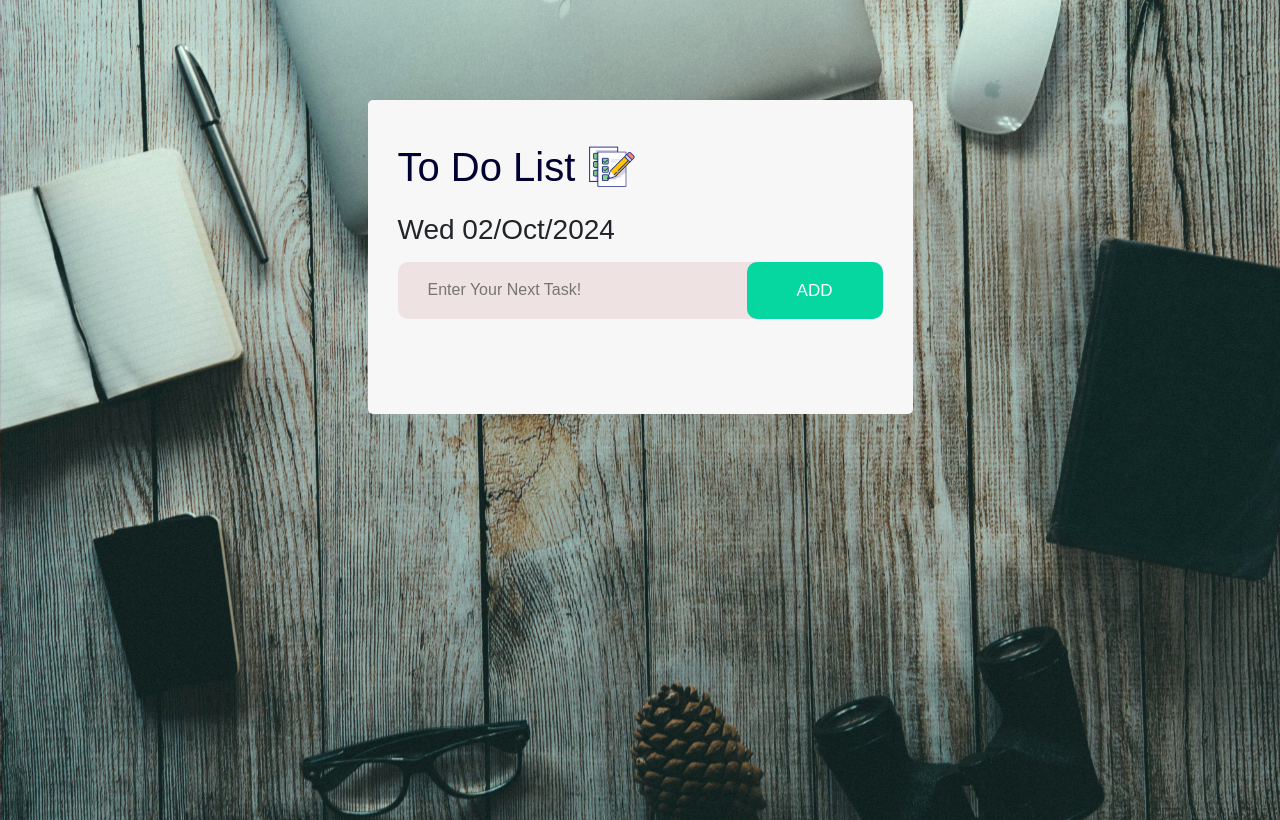
Repository: zeinawady/To_Do_List
Page: index.html
The author's editor kept a copy of each file at every save. The page is drawn from the files as they stood at one save, then again after a run of saves.
The browser window is 1280 px wide. The pictures show the whole page.

Above is the page before, as saved 2024-10-02 02:23:08.

After the next 3 saves:
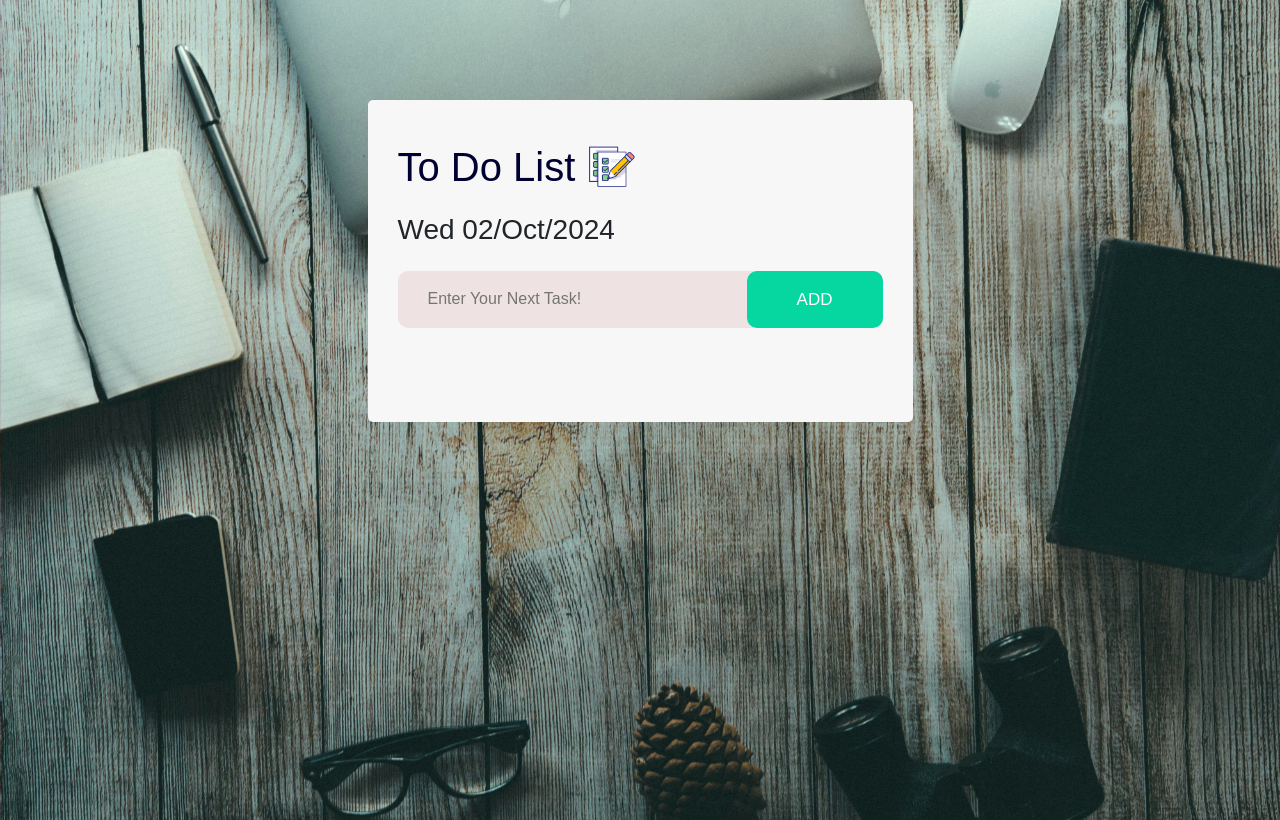
The 3 saves are shown as one change because they came seconds apart.
The last was saved 10 s later.
--- a/index.html
+++ b/index.html
@@ -15,7 +15,7 @@
         <div class="todo-app">
             <h1>To Do List <img src="images/todolistpng.png" alt="to-do-list" class="logo"></h1>
            <h3 id="date"></h3>
-            <div class="form d-flex align-items-center justify-content-between">
+            <div class="form d-flex align-items-center justify-content-between my-4">
                 <input class="input-Text" type="text" id="input-box" placeholder="Enter Your Next Task!">
                 <button class="input-btn" onclick="addTask()">ADD</button>
             </div>
